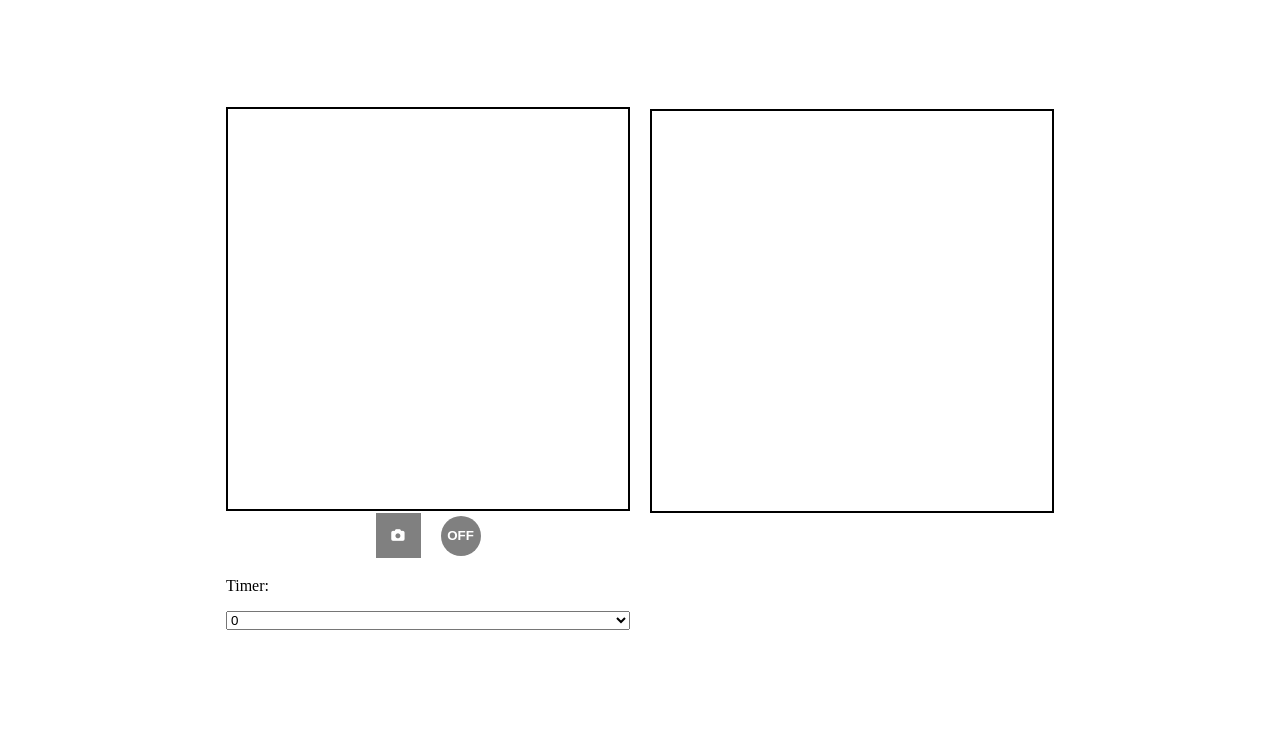
Repository: dmpelaez/photoBoothy
Page: Photobooth.html
These files come from the project's save history. The page is drawn as it stood at one moment and after the next save; the edit follows.
The browser window is 1280 px wide. The pictures show the whole page.
Some web libraries are served in a nearby version.

Above is the page before, as saved 2025-12-16 23:19:58.

### Photobooth.html
<!DOCTYPE html>

  <html>

    <head>

      <title>Photobooth</title>
      <!--CSS link-->
      <link rel="stylesheet" href="https://cdnjs.cloudflare.com/ajax/libs/font-awesome/7.0.1/css/all.min.css">
      <link rel="stylesheet" href="Photobooth.css">
    </head>
    <body>
      <div class="container">

        <div class="timer"></div>

        <video autoplay id="video">

        </video>
        <div class="container2">
          <button id="photo-btn" ><i class="fa-solid fa-camera"></i></button>
          <button id="btn-toggle">OFF</button>

        </div>
        <p class="timerchoose">Timer:</p>
        <select class="select" value="">
          <option value="0">0</option>
          <option  value="3">3 seconds</option>
          <option  value="5">5 seconds</option>
          <option value="7">7 seconds</option>
          <option  value="10">10 seconds</option>
        </select>

      </div>

      <canvas id="canvas-image"></canvas>
      <script src="Photobooth.js"></script>
    </body>

  </html>

### Photobooth.css
body {
  display: Flex;
  align-items: center;
  justify-content: center;
  HEIGHT: 100VH;
  flex-direction: row;
  gap: 20px;
}

.container {
  display: grid;
  grid-template-columns: 1fr ;
   grid-template-rows: 1fr 50px 50px;
}
.container2 {
  display: flex;
  justify-content: center;
  align-items: center;
  gap: 20px;
}
#video,
#canvas-image {
  border: 2px solid black;
  height: 400px;
  width: 400px;
}
#canvas-image {
  margin-bottom: 115px;
}
#video {
  display: grid;
}
#btn-toggle {

  background: gray;
  border: none;
  border-radius: 50%;
  height: 40px;
  width: 40px;
  color: white;
  font-weight: bold;
  font-family: arial;
  cursor: pointer;
}
#photo-btn {


  height: 45px;
  width: 45px;
  border: none;
  background: gray;
  cursor: pointer;
}
#photo-btn i {
  color: white;

}
.timer {
display: none;

}

.timerPhoto {
  background: black;
  height: 50px;
  width: 50px;
  color: white;
  display: flex;
  align-items: center;
  justify-content: center;
   position: absolute;
  left: 35%;
  bottom: 69.5%;
}

### Photobooth.js
//To make the video appear in html
//I use <video></video> html element
const video = document.getElementById('video');
//canvas element is where the photos will appear
const canvas = document.getElementById('canvas-image');
const btn = document.getElementById('photo-btn');
//I set the canvas into 2d to get the copy
//of the photo taken
const context = canvas.getContext('2d');


//I use navigator.mediDevices.getUsermedia
//to get access on the camera by allowing the
//video and use it to assigned as value of
//video element

///-----------------------------------------------------------------///
//Default value false
let isVideo = false;


//This is a btn for on and off to the camera
document.getElementById('btn-toggle')
.addEventListener('click', () => {

  //Condition where it looks for the opposite
  //value of isVideo by using NOT operator
  //which will result to having a value of TRUE
  if (!isVideo) {
  //once it becomes true
  //navigator.mediaDevices.getUserMedia will activate
  //and the access to video will open
  navigator.mediaDevices.getUserMedia({video: true})
  .then((stream) => {
  //access to camera
  video.srcObject = stream;
  //btn ON
   document.getElementById('btn-toggle').innerHTML = 'ON';
   //Value was change to true
   //so once the btn is click again
   //the else if is the one that will be open
     isVideo = true;

  });
} else if (isVideo) {
  //access to camera again
 navigator.mediaDevices.getUserMedia({video: true})
  .then((stream) => {
    //To stop the camera access
    stream.getTracks().forEach(track => track.stop());
    //To stop the webcam light we need to track all
    //the access video.srcObject have
    for (const track of video.srcObject.getTracks()) {
      track.stop();
    }
    //no value
    stream = null;
    //no value
   video.srcObject = null;
   //Display btn as OFF
   document.getElementById('btn-toggle').innerHTML = 'OFF';
   //Value is changed to false
   isVideo = false;

  })

}
console.log(isVideo);
});

///------------------------------------------------------------///
//capturePhoto is a function where
// the canvas width and height have the
// values of videos'
//and context.drawImage capture everything
//and replicate the videos into photo
//and before that we change its value
//to the canvas.getContext('2d')
function capturePhoto() {
  //the value canvas width and height
  // is the same as the video width and height;
  canvas.width = video.videoWidth;
  canvas.height = video.videoHeight;

  //
  context.drawImage(video, 0, 0, canvas.width, canvas.height);
}

///------------------------------------------------------------------------///
//btn for camera to capture
btn.addEventListener('click', () => {
//Finally after minutes of thinking how
//to activate the timer if the camera is open

//This will only activate if the isVideo value
// is true but its default value stop it from triggering
//the settimer() because it didn't meet the condition
if (isVideo === true) {
settimer();

}
})

document.body.addEventListener('keydown', (event) => {
  if (event.code === 'Space') {
    if (isVideo === true) {
      settimer();
  }
 }
})

///-----------------------------------------------------------------////








//Timer default setTime
let timer = 0;
//Time interval default value;
let timeInterval = null;
//Get the class selector of select element
const setTime = document.querySelector('.select');
//Use it to get the value from options
//using the eventlistener
//and reassinged the value of timer
//based on the selected value
setTime.addEventListener('change', () => {
  timer = Number(setTime.value);
})

//This is timer function
// where after five seconds
//it will capture a picture
function settimer() {
  //ClearInterval to clear the previous time
  clearInterval(timeInterval);

 //variable timeChange is assign to the value of timer
 let timeChange = timer;
  const timer2 =  document.querySelector('.timer');
  //Use if condition to trigger the funtions inside
  if (timeChange > 0) {
    console.log(timeChange);

    //timeInterval value is reassigned to setInterval
    timeInterval = setInterval(() => {
      //where the class for display of timer is added
      timer2.classList.add("timerPhoto");
      //and display it to see
       document.querySelector('.timer').innerHTML = timeChange;
       //Use if statement
       //where if the timer is equal to 0
       //it will clear the timeInterval which is this
       //part of the function to reset the timer
       //and remove the display
       //and also capture the image
       if (timeChange === 0) {
        clearInterval(timeInterval);
        capturePhoto();

        timer2.classList.remove("timerPhoto");
       }
       //Time is dropping only until it
       //reaches 0 because the if statement condition
       // remove all this part after reaching the time 0

       timeChange --;

    }, 1000);


  } else  {
    //Optional but to make sure
    //the photo is captured
    capturePhoto();

  }
}

After the next save:
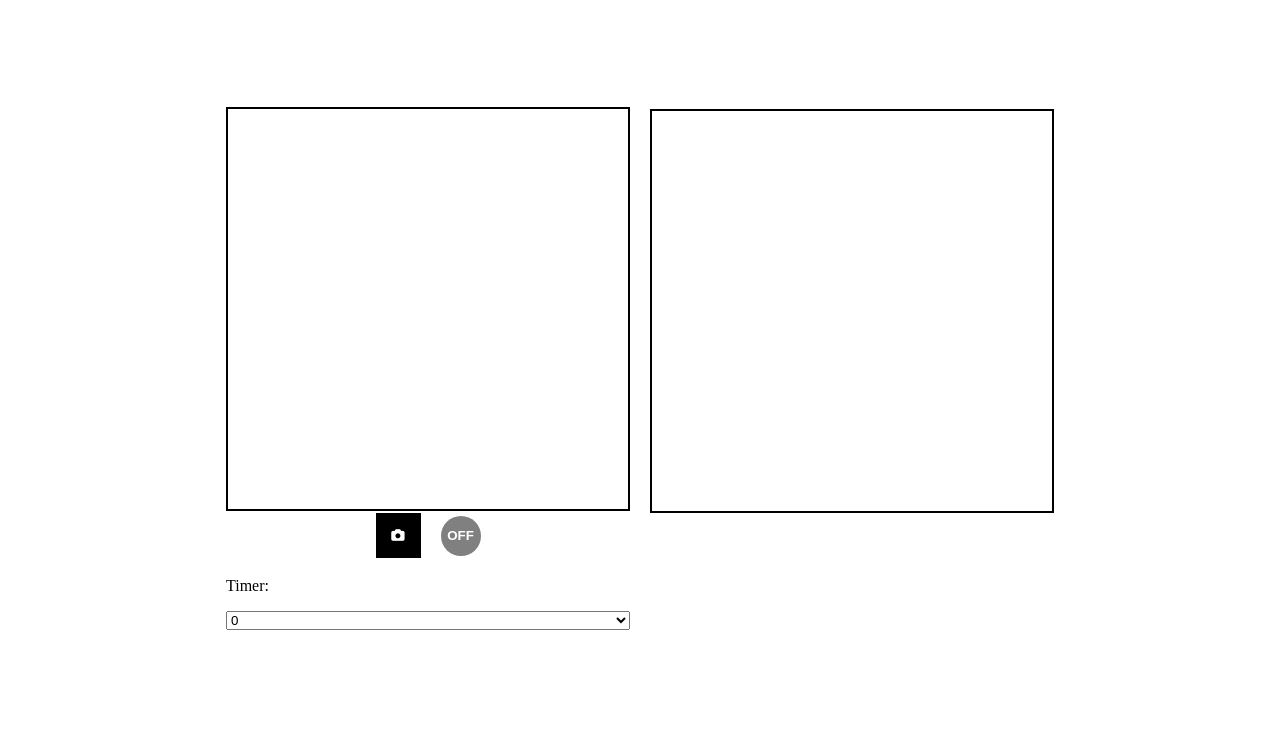
Saved 4 s later.
--- a/Photobooth.css
+++ b/Photobooth.css
@@ -48,7 +48,7 @@ body {
   height: 45px;
   width: 45px;
   border: none;
-  background: gray;
+  background: rgb(0, 0, 0);
   cursor: pointer;
 }
 #photo-btn i {
